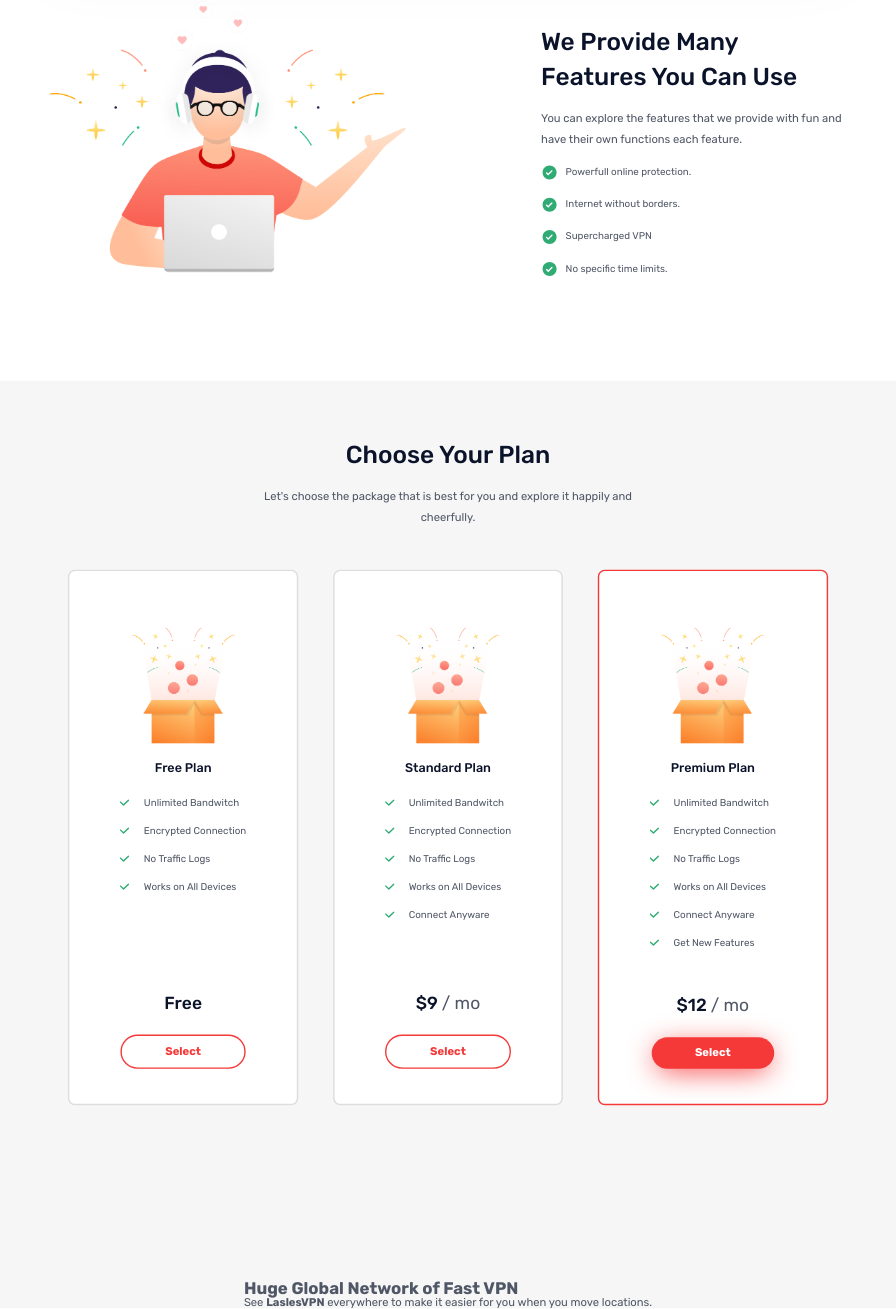
Repository: thefellowshiplotr/lasles_recode
Page: index.html
The author's editor kept a copy of each file at every save. The page is drawn from the files as they stood at one save, then again after the next save.
The browser window is 1280 px wide. The pictures show the part of the page from y = 947 to 2867 px (the page is 2817 px tall before and 2867 px after), at 70% of full size.
The style sheet was rebuilt from its Sass, Less or Tailwind sources for each picture, by a compiler version that may differ from the author's.

Above is the page before, as saved 2022-10-31 12:09:57.

After the next save:
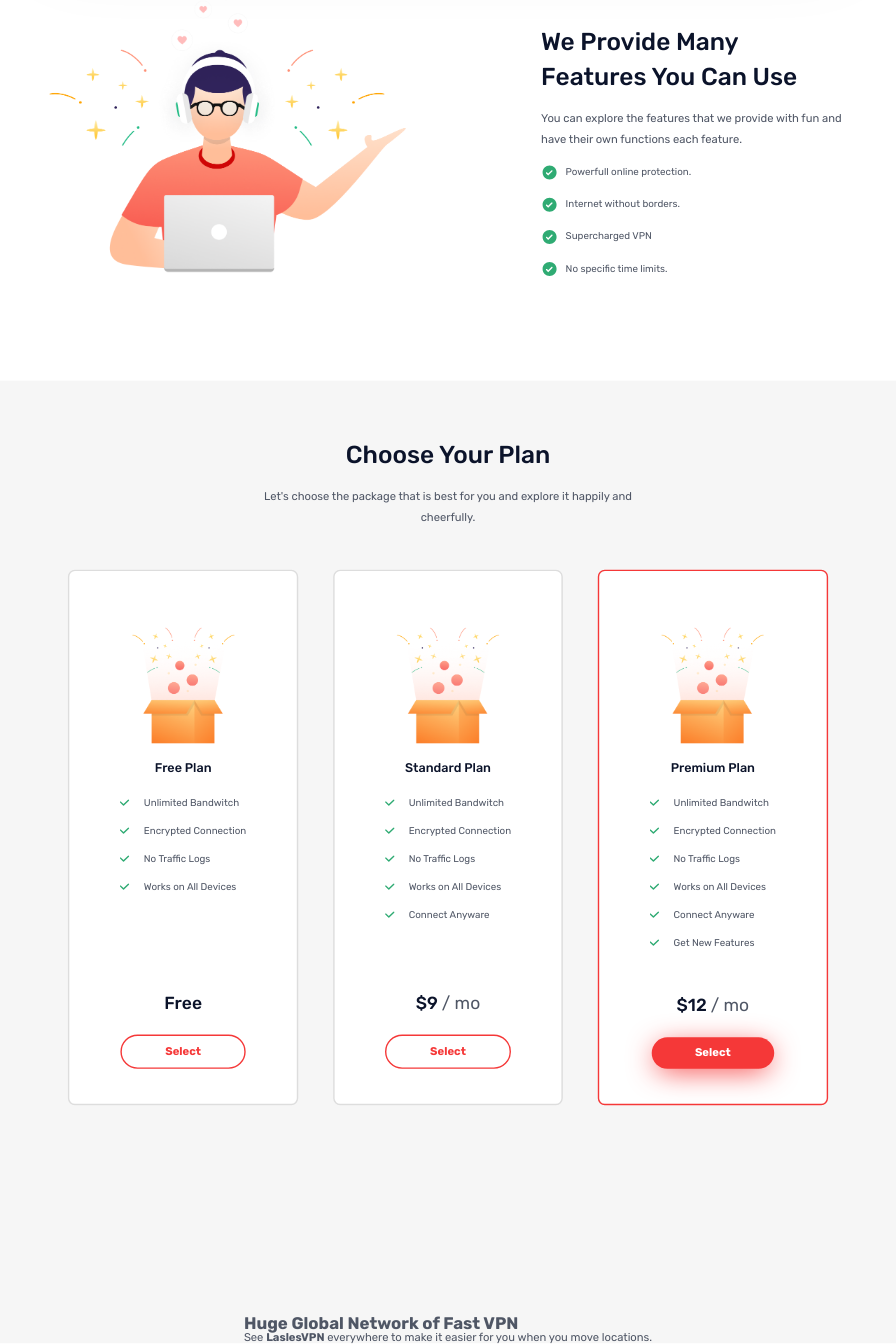
Saved 8 s later.
--- a/sass/_plan.scss
+++ b/sass/_plan.scss
@@ -1,5 +1,5 @@
 .plan {
-  padding-bottom: 100px;
+  padding-bottom: 150px;
   &-container {
     display: flex;
     align-items: center;
